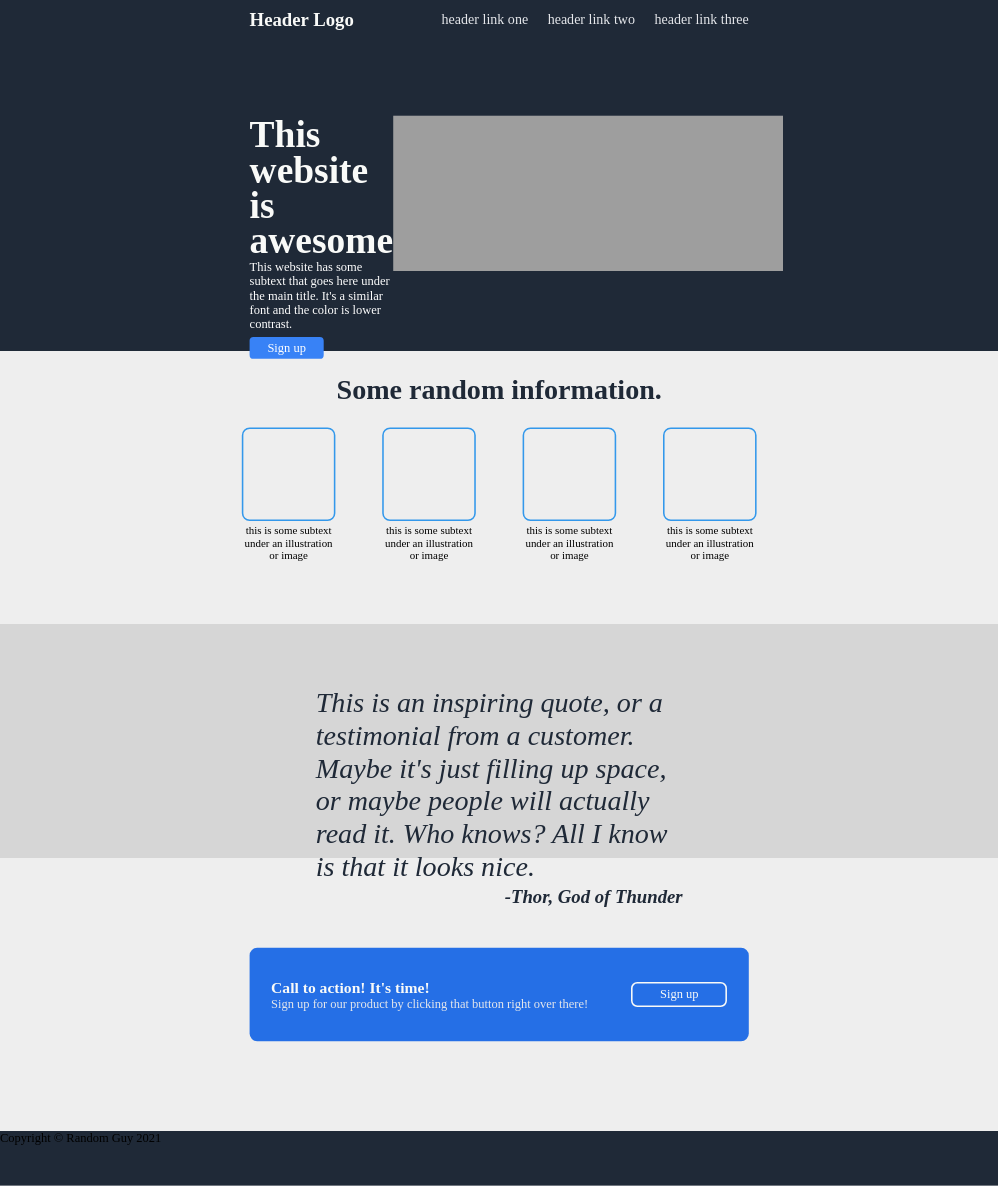
Repository: Pafestivo/Dummy-Landing-Page
Page: index.html
These files come from the project's save history. The page is drawn as it stood at one moment and after the next save; the edit follows.
The browser window is 1280 px wide. The pictures show the whole page, at 78% of full size.
Pictures or frames that could not be fetched are drawn as grey boxes.

Above is the page before, as saved 2022-09-26 19:51:34.

After the next save:
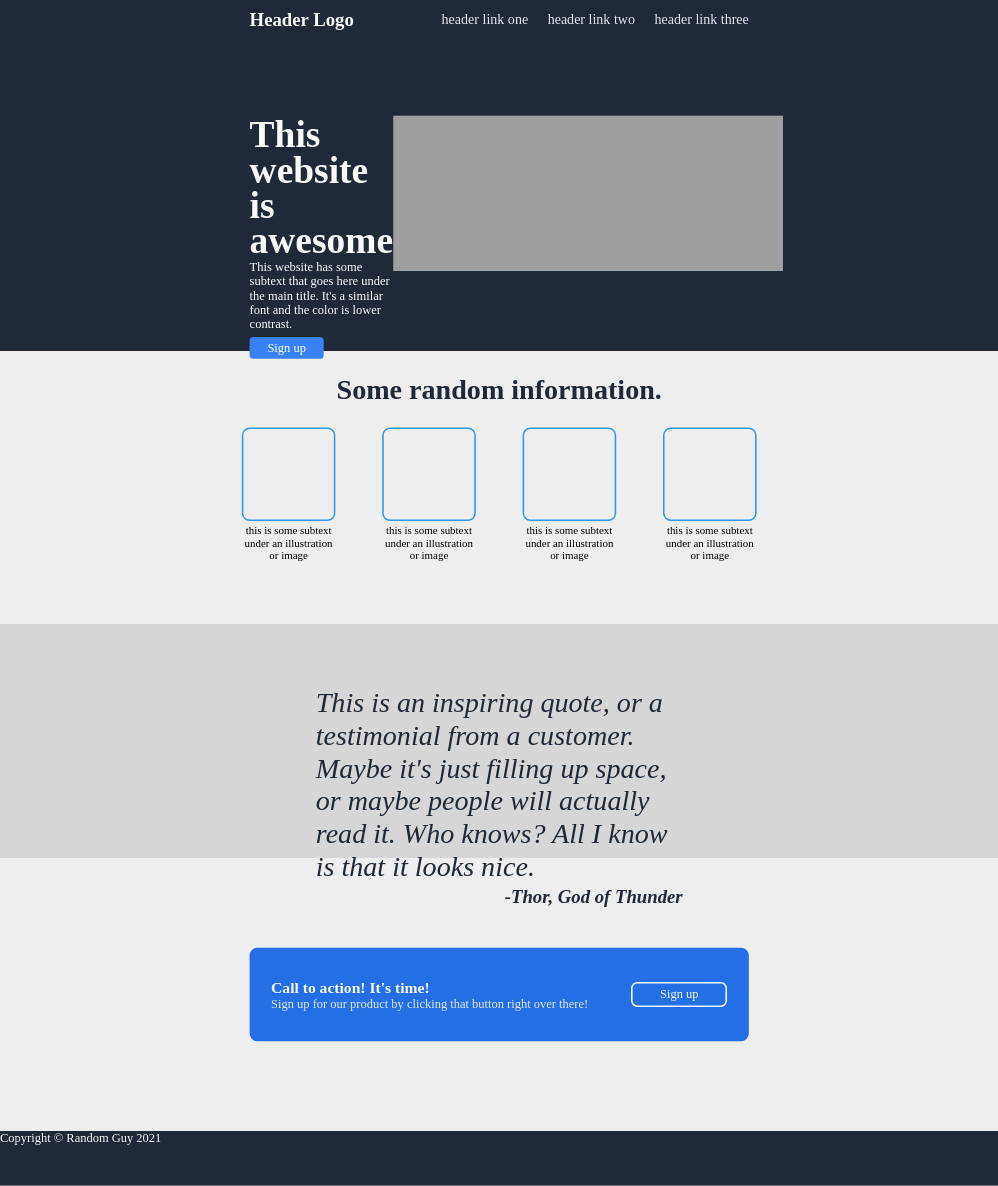
Saved 9 s later.
--- a/styles.css
+++ b/styles.css
@@ -200,5 +200,6 @@ right p {
 footer {
   background-color: #1F2937;
   height: 70px;
+  color: #F9FAF8;
 }
 /* End footer */
